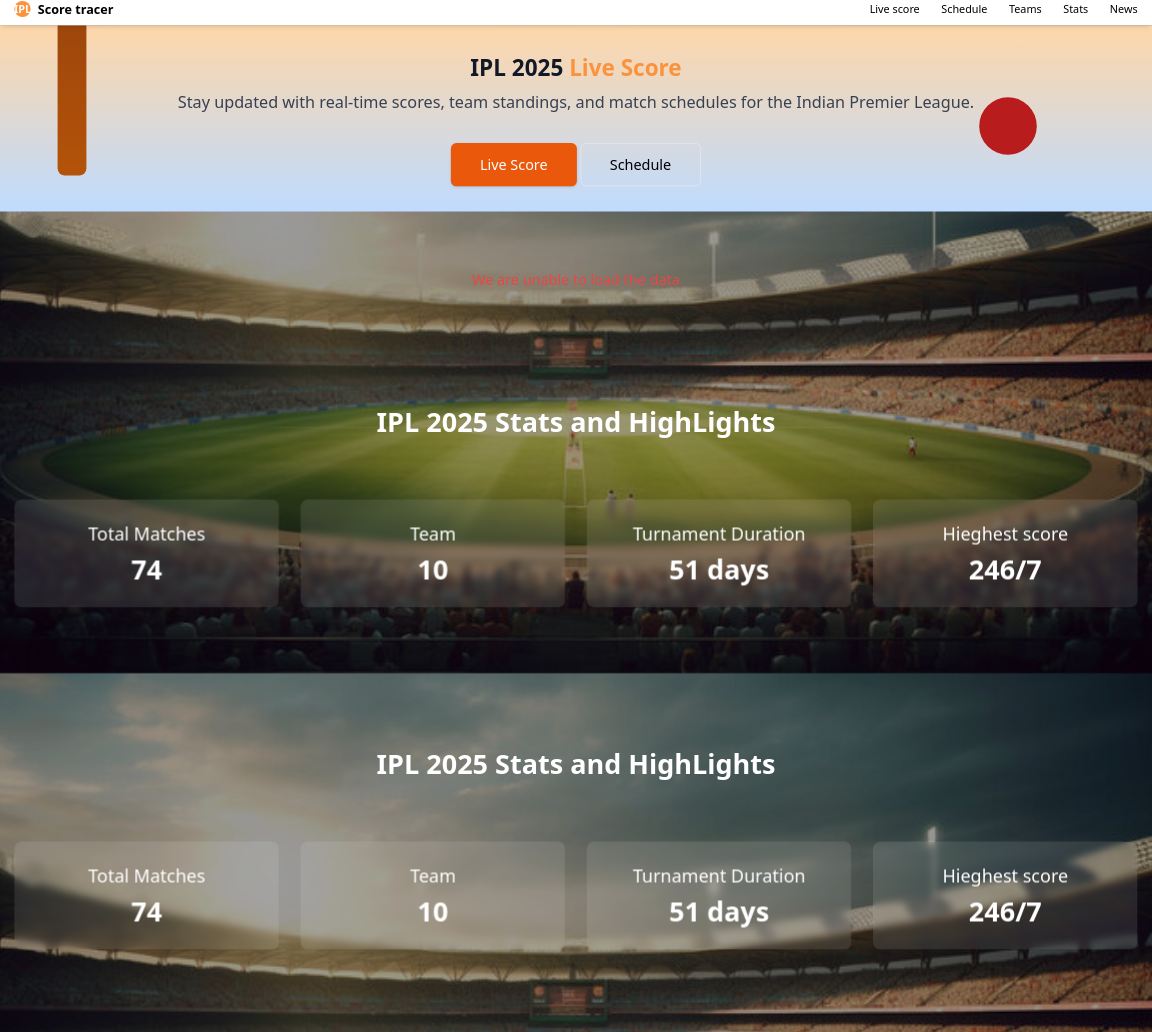
Repository: GauraVPandeyyy/IPL_PointsTable
Page: /
An editor plug-in stored every save of this project. The page is shown before and after a run of saves, followed by the edit.
The browser window is 1280 px wide. The pictures show the whole page, at 90% of full size.
The page's requests for data from a server got no answer. Backgrounds fixed to the window are drawn as part of the page. Some web libraries are served in a nearby version. The project was rebuilt for these pictures with package versions that can differ from the ones it lists, and the page was loaded fresh each time. No one was signed in, and anything a server would have sent is missing. Also part of the build but not shown: vite.config.js.

Above is the page before, as saved 2025-04-18 16:05:47.

After the next 2 saves:
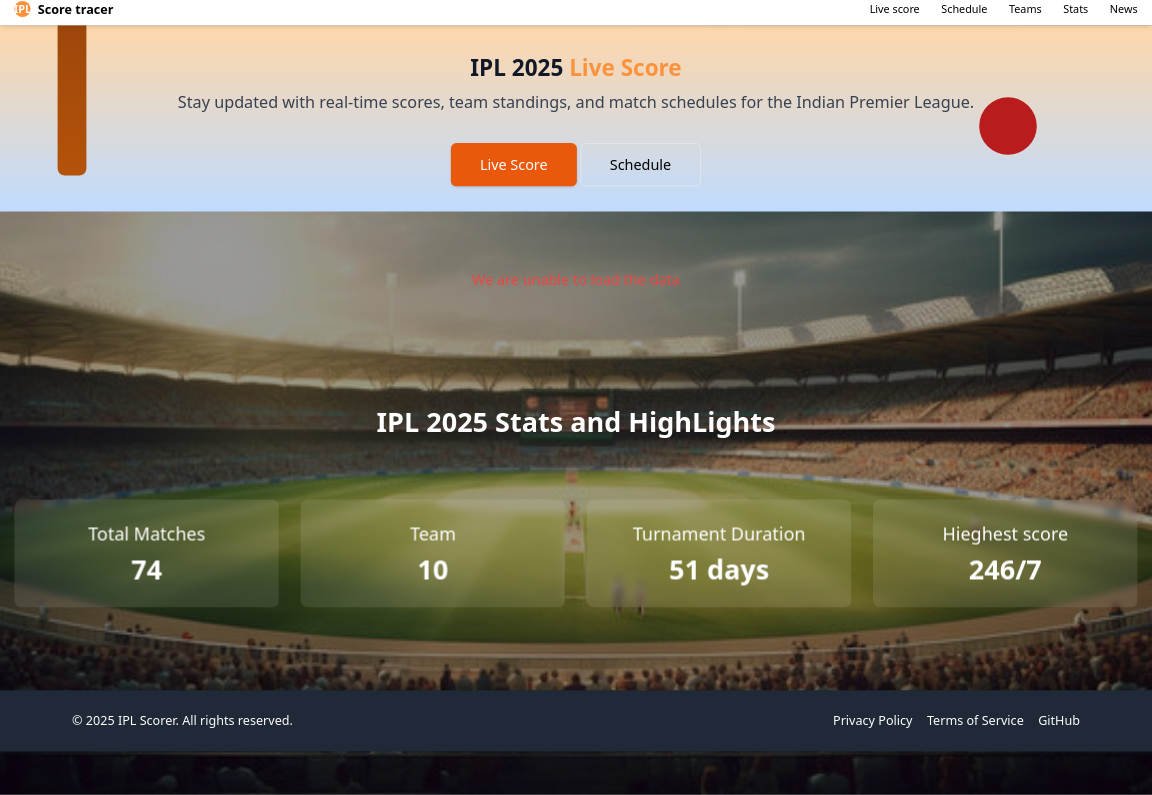
The 2 saves are shown as one change because they came seconds apart.
The last was saved 7 s later.
--- a/src/page/HomePage.jsx
+++ b/src/page/HomePage.jsx
@@ -19,7 +19,7 @@ export default function HomePage() {
             <StatsSection />
           </div>
           <div className="bg-opacity-90">
-            <StatsSection />
+            <Footer />
           </div>
         </div>
       </div>
